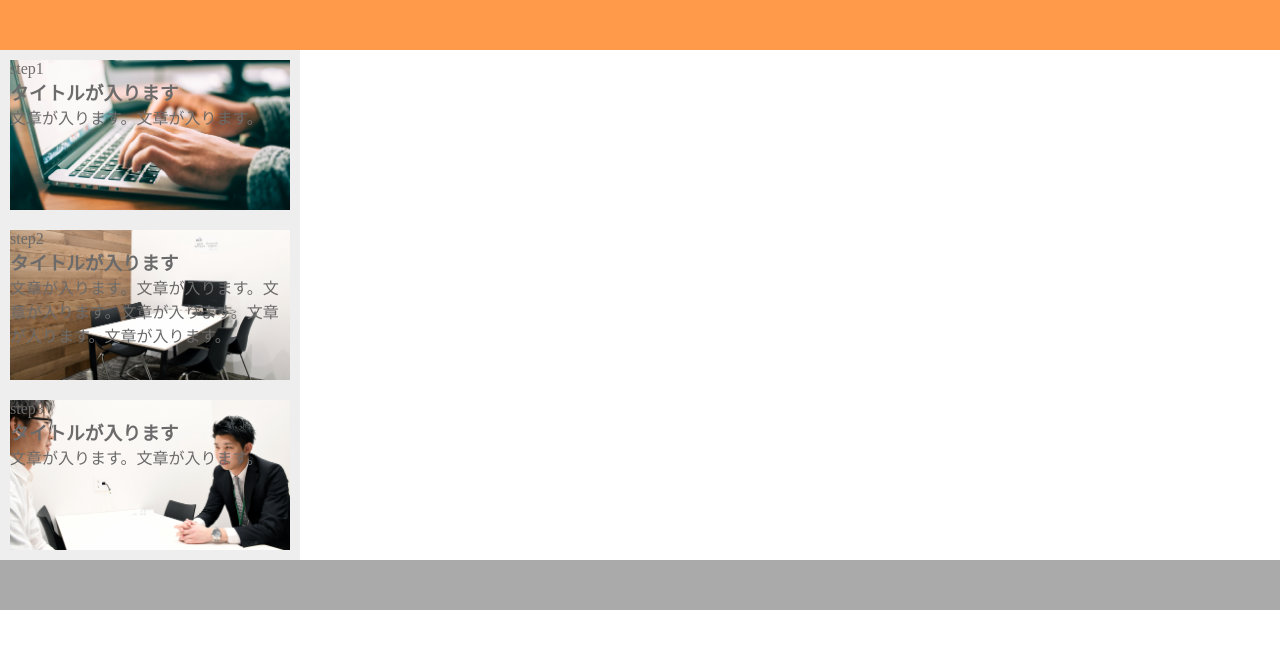
Repository: Yuki-Kawagoe/chapter4
Page: chapter9/index.html
The author's editor kept a record of every edit. The page is drawn from the files as they stood at one moment, then again after the next edit.
The browser window is 1280 px wide. The pictures show the whole page.

Above is the page before.

### chapter9/index.html
<!DOCTYPE html>
 <html lang="ja">
 <head>
  <meta charset="UTF-8">
  <link rel="stylesheet" href="style.css" />
  <title>Chapter9</title>
 </head>

 <body>
   <header></header>


   <main>
    <div class="step-box">
      <div class="step-img1">
       <span class="step-num">step1</span>
        <h3 class="box-title">タイトルが入ります</h3>
          <p class="box-text">文章が入ります。文章が入ります。</p>
      </div>
    </div>

    <div class="step-box">
      <div class="step-img2">
       <span class="step-num">step2</span>
        <h3 class="box-title">タイトルが入ります</h3>
          <p class="box-text">文章が入ります。文章が入ります。文章が入ります。文章が入ります。文章が入ります。文章が入ります。</p>
      </div>
    </div>

    <div class="step-box">
      <div class="step-img3">
       <span class="step-num">step3</span>
        <h3 class="box-title">タイトルが入ります</h3>
          <p class="box-text">文章が入ります。文章が入ります。</p>
      </div>
    </div>




   </main>


   <footer></footer>

 </body>

### chapter9/style.css
* {
  margin: 0px;
  padding: 0px;
  box-sizing: border-box;
  color: #6c6b6b;
}

header {
  height: 50px;
  background-color: #FF9A4B
}

.main {
  width: 960px;
  margin: 50px auto;
  display: flex;

}

.step-box {
  width: 300px;
  padding: 10px;
  margin-right: 30px;
  background-color: #EEEEEE;
  position: relative;
}

.step-img1 {
  height: 150px;
  background-image: url(img/flow01.png);
  background-position: bottom;
  background-size: cover;
}

.step-img2 {
  height: 150px;
  background-image: url(img/flow02.png);
  background-position: bottom;
  background-size: cover;
}


.step-img3 {
  height: 150px;
  background-image: url(img/flow03.png);
  background-position:bottom;
  background-size:cover;
}

.stem-num {
  position: absolute;
  top:0;
  left:0;
  background-color: #ff9a4b;
  color: #fff;
}

.main-title {
  margin-top: 15px;
  margin-bottom: 5px;
}

.sub {
  background-color: #FF9A4B;
  color: white;
  height: 20px;
  width: 30px;
}

footer {
  width: 100%;
  height: 50px;
  background-color: #AAAAAA
}

After the next edit:
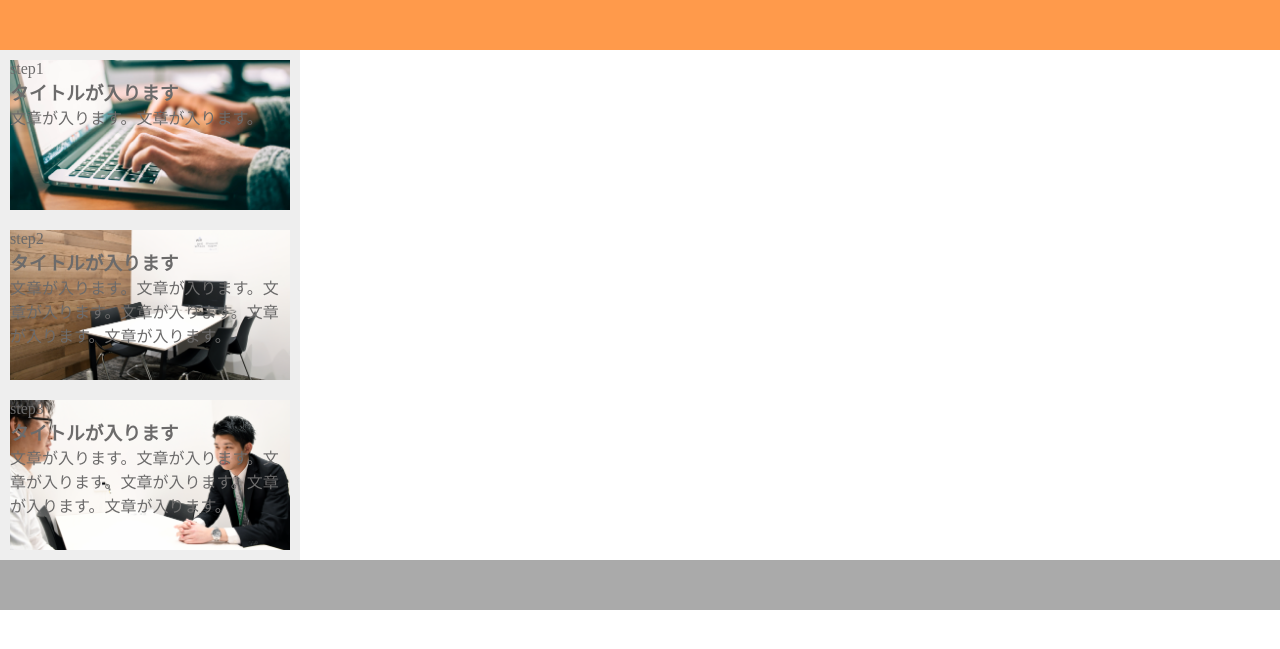
The edit:
--- a/chapter9/index.html
+++ b/chapter9/index.html
@@ -31,7 +31,7 @@
       <div class="step-img3">
        <span class="step-num">step3</span>
         <h3 class="box-title">タイトルが入ります</h3>
-          <p class="box-text">文章が入ります。文章が入ります。</p>
+          <p class="box-text">文章が入ります。文章が入ります。文章が入ります。文章が入ります。文章が入ります。文章が入ります。</p>
       </div>
     </div>
 
